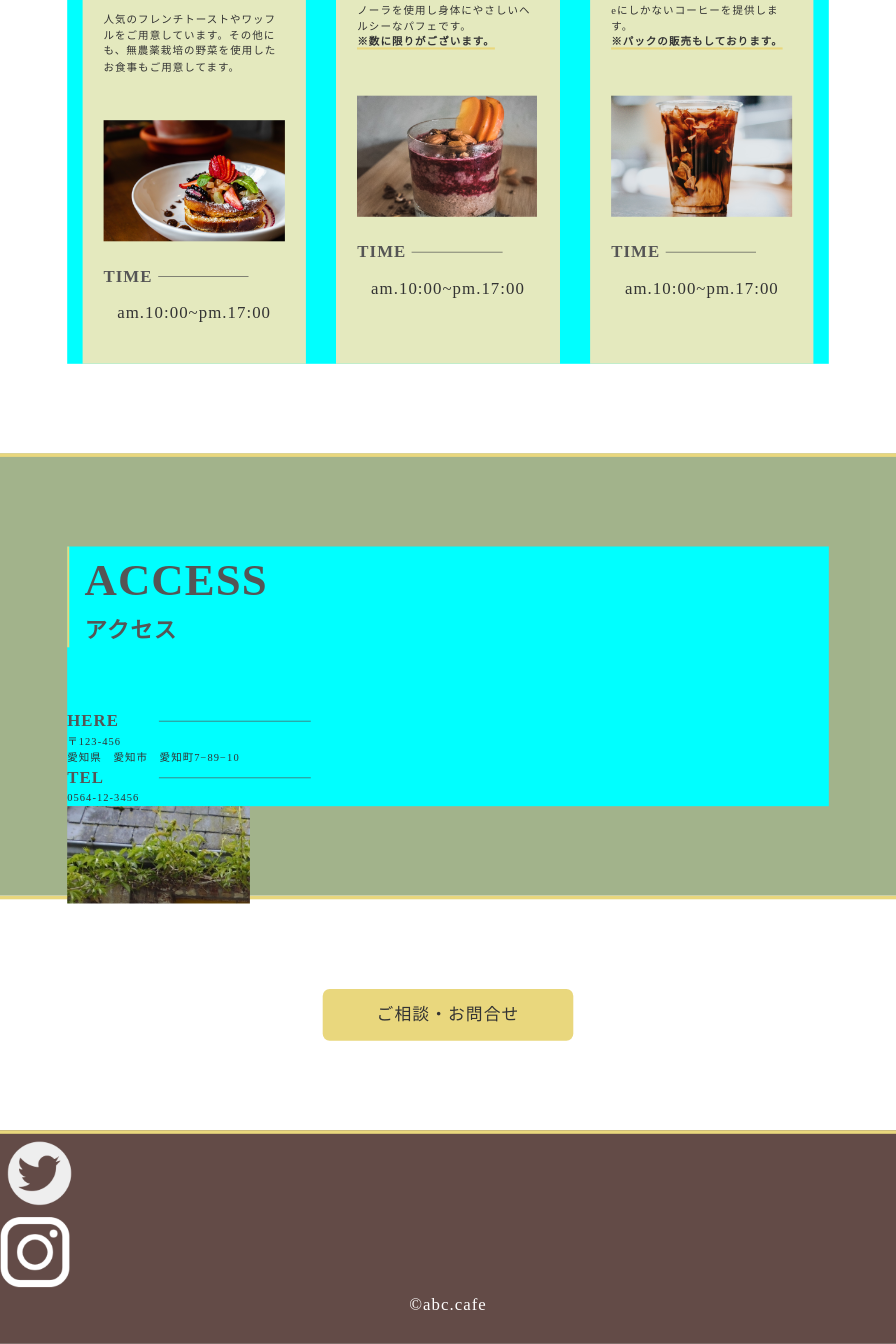
Repository: nozomi-23/lp1_test
Page: index.html
An editor plug-in stored every save of this project. The page is shown before and after a run of saves, followed by the edit.
The browser window is 1280 px wide. The pictures show the part of the page from y = 3574 to 5494 px (the page is 5494 px tall), at 70% of full size.

Above is the page before, as saved 2022-06-08 22:52:57.

After the next 5 saves:
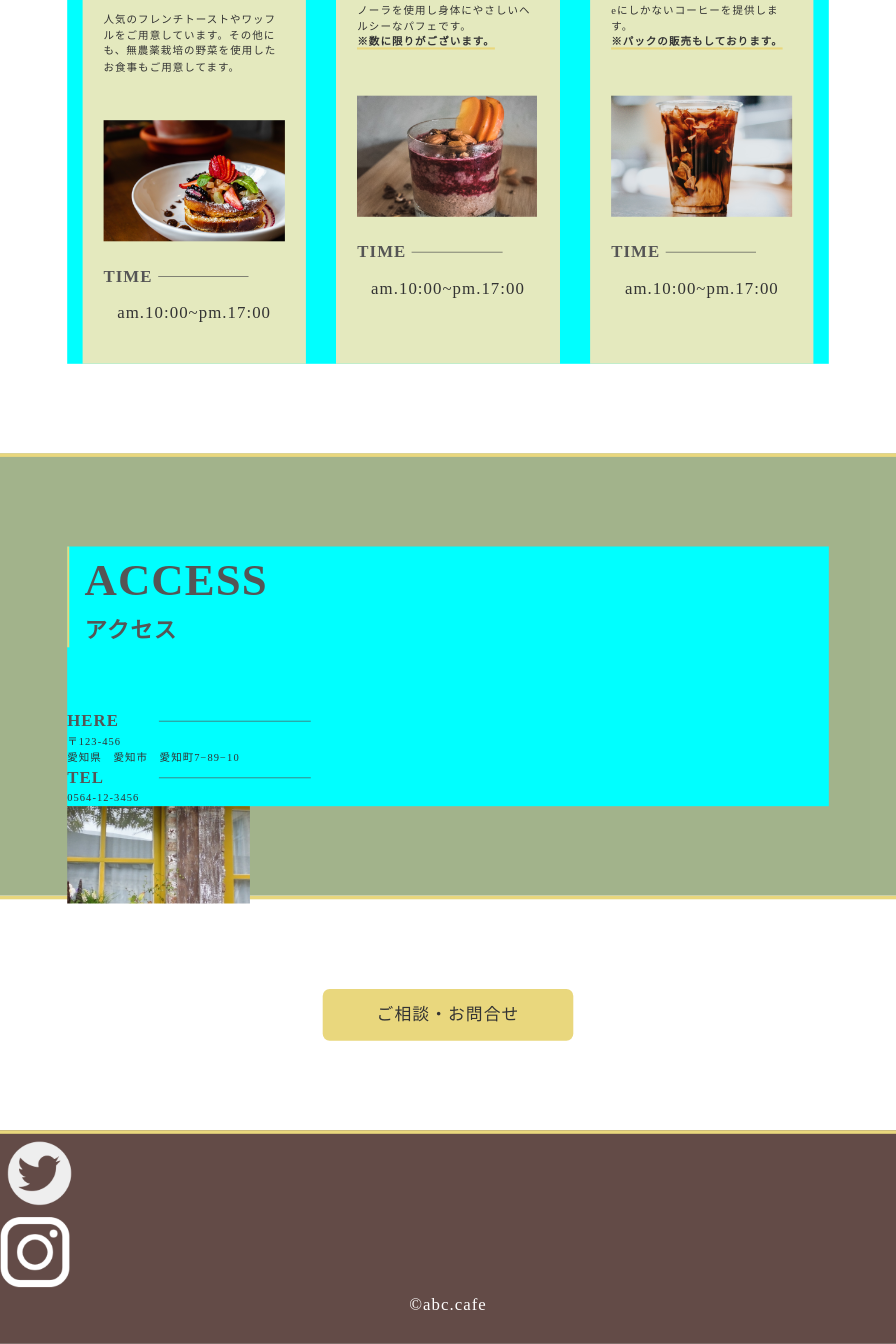
The 5 saves are shown as one change because they came seconds apart.
The last was saved 42 s later.
--- a/css/common.css
+++ b/css/common.css
@@ -238,7 +238,8 @@ access
   position: absolute;
   width: 60%;
   height: 100%;
-  background: url(../img/access.png);
+  background: url(../img/access.png)no-repeat center;
+
 }
 /* =====================
 contact
